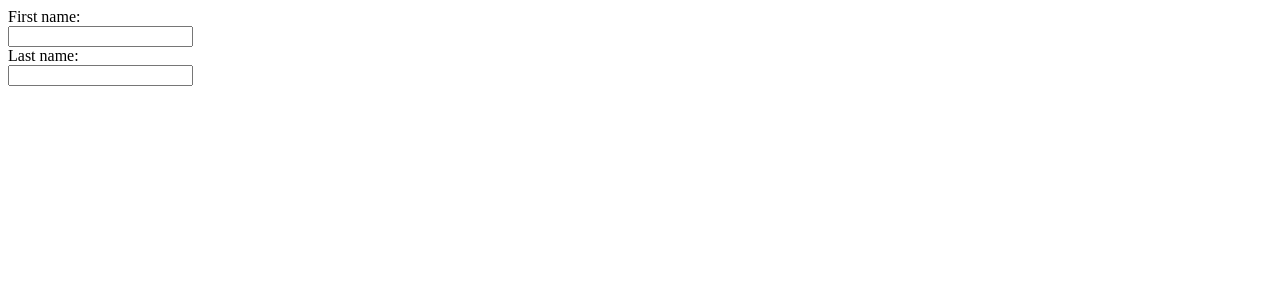
Repository: KANNAHWORLD/201Work
Page: lab9/Lab11/src/main/webapp/lab11.html
The author's editor kept a copy of each file at every save. The page is drawn from the files as they stood at one save, then again after the next save.
The browser window is 1280 px wide. The pictures show the whole page.

Above is the page before, as saved 2022-11-16 20:06:35.

After the next save:
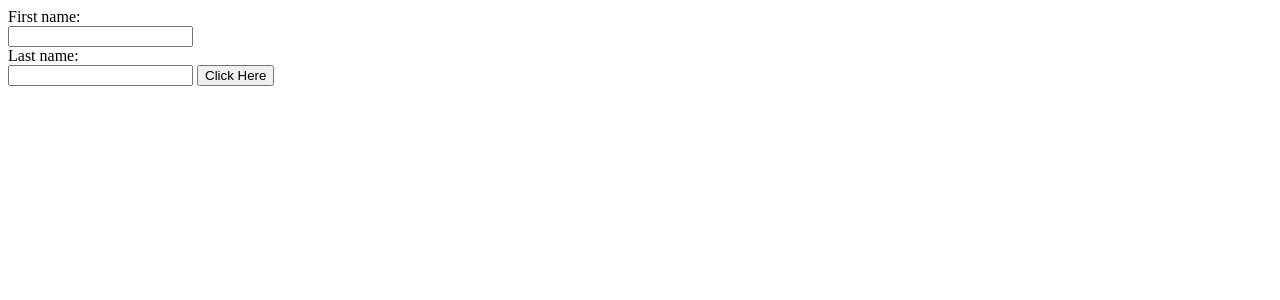
Saved 15 min 6 s later.
--- a/lab9/Lab11/src/main/webapp/lab11.html
+++ b/lab9/Lab11/src/main/webapp/lab11.html
@@ -6,11 +6,17 @@
 </head>
 <body>
 
-<form>
+<form action = "submit.html" method = "GET">
+
   <label for="fname">First name:</label><br>
+
   <input type="text" id="fname" name="fname"><br>
+
   <label for="lname">Last name:</label><br>
   <input type="text" id="lname" name="lname">
+
+  <input type = "submit" value = "Click Here" >
+
 </form>
 
 </body>
